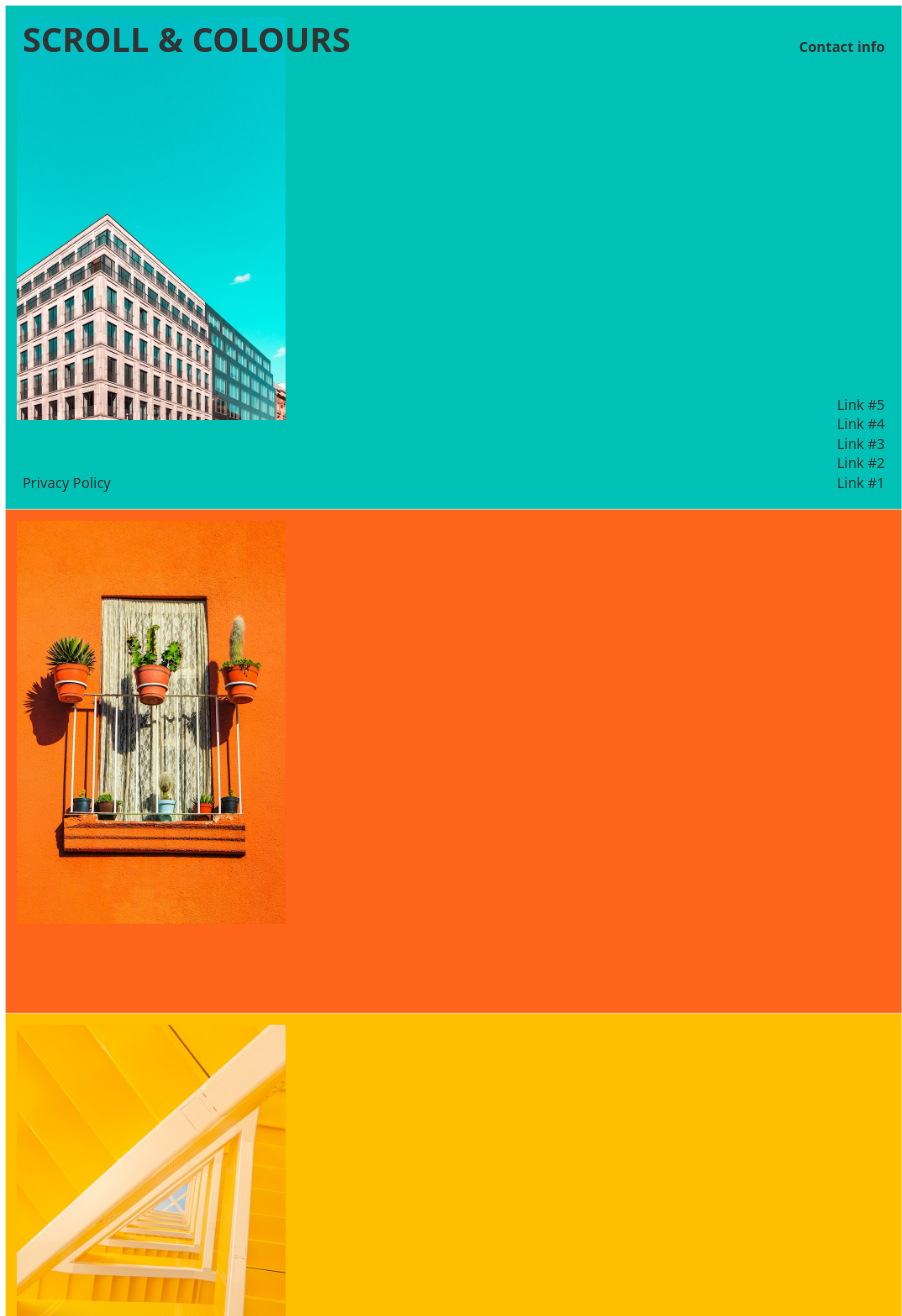
Repository: chelle-c/smooth-scroll-colours
Page: /
The author's editor kept a copy of each file at every save. The page is drawn from the files as they stood at one save, then again after the next save.
The browser window is 1280 px wide. The page is 1288 px wide, so the pictures cover 1288 px, including what lies to the right of the window. The pictures show the part of the page from y = 0 to 1880 px (the page is 3608 px tall), at 70% of full size.
The project was rebuilt for these pictures with package versions that can differ from the ones it lists, and the page was loaded fresh each time. Imported but missing from the stored project, and not drawn on this page: images.

Above is the page before, as saved 2022-09-19 19:33:27.

### src/App.svelte
<script>
	import '/images/';
	export let screenHeight = window.innerHeight;
</script>

<main
	class="min-w-full min-h-screen fixed flex flex-col justify-between p-6 z-10"
>
	<div class="flex flex-row justify-between items-baseline">
		<div>
			<h1 class="font-sans font-bold text-5xl uppercase">
				Scroll & Colours
			</h1>
		</div>
		<div class="font-sans font-bold text-xl">Contact info</div>
	</div>
	<div class="flex flex-row justify-between items-end">
		<div class="font-sans text-xl">Privacy Policy</div>
		<div class="font-sans text-xl">
			<ul>
				<li><a href="#section5">Link #5</a></li>
				<li><a href="#section4">Link #4</a></li>
				<li><a href="#section3">Link #3</a></li>
				<li><a href="#section2">Link #2</a></li>
				<li><a href="#section1">Link #1</a></li>
			</ul>
		</div>
	</div>
</main>
<div>
	<section id="section5">
		<div>
			<img
				class="w-96"
				src="/images/image-turquoise.jpg"
				alt="White building against turqoise sky"
			/>
		</div>
	</section>

	<section id="section4">
		<div>
			<img
				class="w-96"
				src="/images/image-orange.jpg"
				alt="White building against turqoise sky"
			/>
		</div>
	</section>

	<section id="section3">
		<div>
			<img
				class="w-96"
				src="/images/image-yellow.jpg"
				alt="White building against turqoise sky"
			/>
		</div>
	</section>

	<section id="section2">
		<div>
			<img
				class="w-96"
				src="/images/image-blue.jpg"
				alt="White building against turqoise sky"
			/>
		</div>
	</section>

	<section id="section1">
		<div>
			<img
				class="w-96"
				src="/images/image-red.jpg"
				alt="White building against turqoise sky"
			/>
		</div>
	</section>
</div>

<style global lang="postcss">
	@tailwind base;
	@tailwind components;
	@tailwind utilities;

	:global(body) {
		box-sizing: border-box;
		padding: 0;
		margin: 0;
		/* overflow: hidden; */
		scroll-snap-type: y mandatory;
	}

	section {
		border-bottom: 1px solid white;
		padding: 1rem;
		min-width: 100vw;
		height: 100vh;
		scroll-snap-align: start;
		position: relative;
	}

	#section5 {
		background: #00c1b5;
	}

	#section4 {
		background: #ff651a;
	}

	#section3 {
		background: #ffbe00;
	}

	#section2 {
		background: #1d3fbb;
	}

	#section1 {
		background: #e30512;
	}
</style>

### tailwind.config.js
/** @type {import('tailwindcss').Config} */
const production = !process.env.ROLLUP_WATCH;
module.exports = {
	future: {
		purgeLayersByDefault: true,
		removeDeprecatedGapUtilities: true,
	},
	purge: {
		content: ['./src/**/*.svelte'],
		enabled: production, // disable purge in dev
	},
	content: [],
	theme: {
		extend: {},
	},
	plugins: [],
};

### public/global.css
html, body {
	position: relative;
	width: 100%;
	height: 100%;
}

body {
	color: #333;
	margin: 0;
	padding: 8px;
	box-sizing: border-box;
	font-family: -apple-system, BlinkMacSystemFont, "Segoe UI", Roboto, Oxygen-Sans, Ubuntu, Cantarell, "Helvetica Neue", sans-serif;
}

a {
	color: rgb(0,100,200);
	text-decoration: none;
}

a:hover {
	text-decoration: underline;
}

a:visited {
	color: rgb(0,80,160);
}

label {
	display: block;
}

input, button, select, textarea {
	font-family: inherit;
	font-size: inherit;
	-webkit-padding: 0.4em 0;
	padding: 0.4em;
	margin: 0 0 0.5em 0;
	box-sizing: border-box;
	border: 1px solid #ccc;
	border-radius: 2px;
}

input:disabled {
	color: #ccc;
}

button {
	color: #333;
	background-color: #f4f4f4;
	outline: none;
}

button:disabled {
	color: #999;
}

button:not(:disabled):active {
	background-color: #ddd;
}

button:focus {
	border-color: #666;
}

Loaded but not shown: public/index.html (common file); src/main.js (common file)

After the next save:
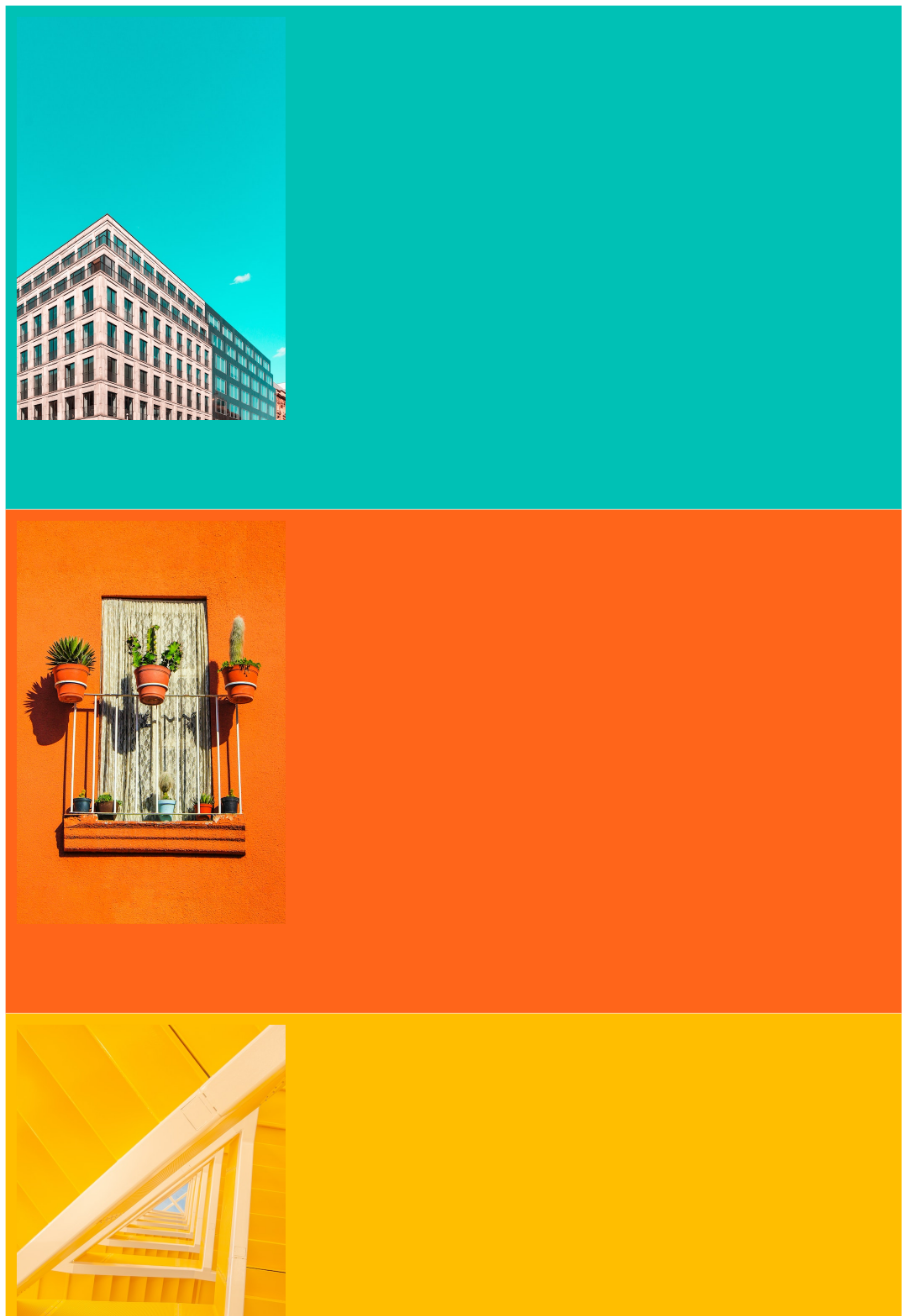
Saved 15 s later.
--- a/src/App.svelte
+++ b/src/App.svelte
@@ -3,7 +3,7 @@
 	export let screenHeight = window.innerHeight;
 </script>
 
-<main
+<!-- <main
 	class="min-w-full min-h-screen fixed flex flex-col justify-between p-6 z-10"
 >
 	<div class="flex flex-row justify-between items-baseline">
@@ -26,7 +26,7 @@
 			</ul>
 		</div>
 	</div>
-</main>
+</main> -->
 <div>
 	<section id="section5">
 		<div>
